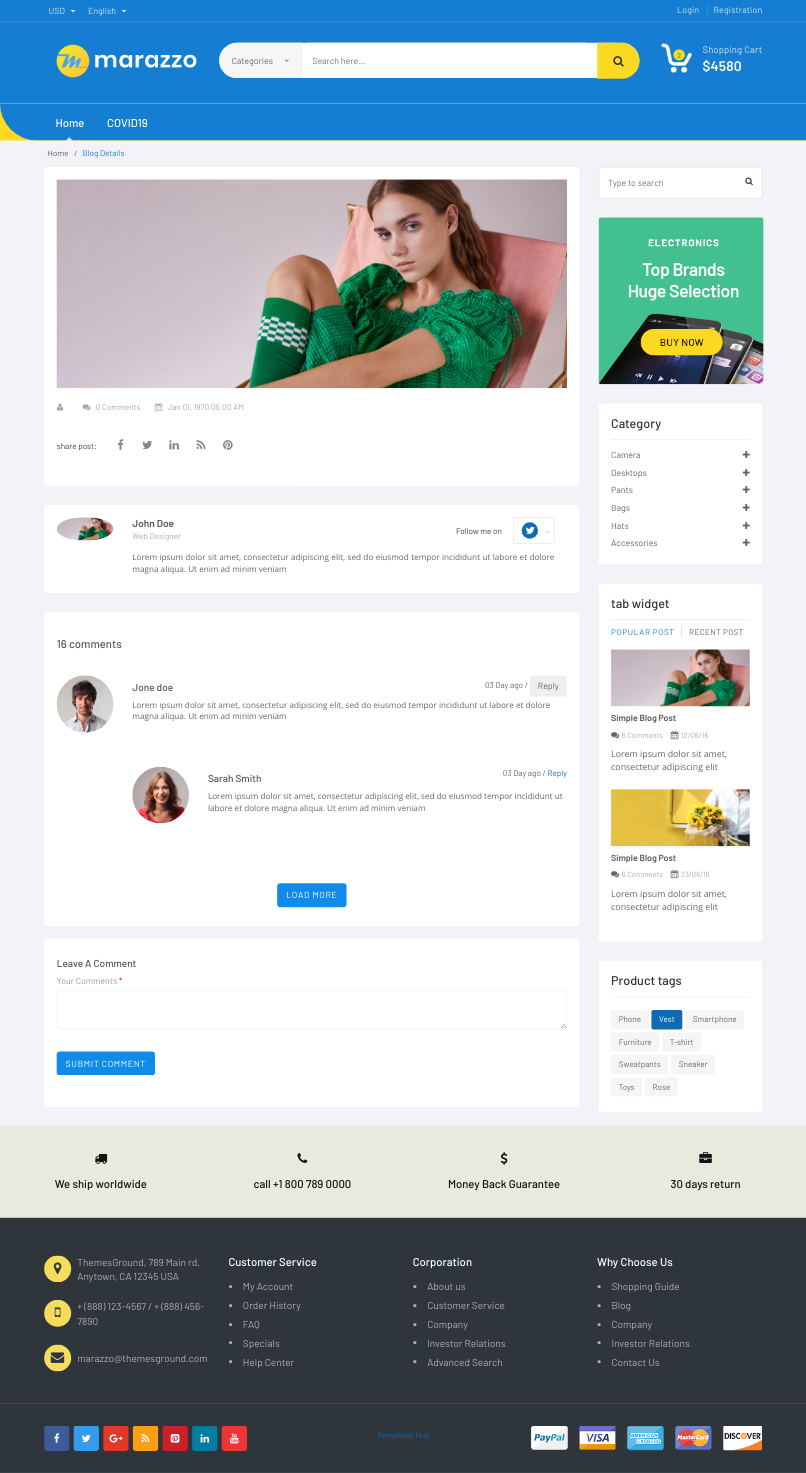
Repository: ztarikul/Laravel_e_commerce
Page: resources/views/posts/blog_details.blade.php
These files come from the project's save history. The page is drawn as it stood at one moment and after the next save; the edit follows.
The browser window is 1280 px wide. The pictures show the whole page, at 63% of full size.
The page is served by the project's Laravel application, run on PHP 8.4 with Laravel 8. The template is opened directly, without the code that normally fills it, so the values that code supplies are empty.

Above is the page before, as saved 2021-07-30 02:26:17.

After the next save:
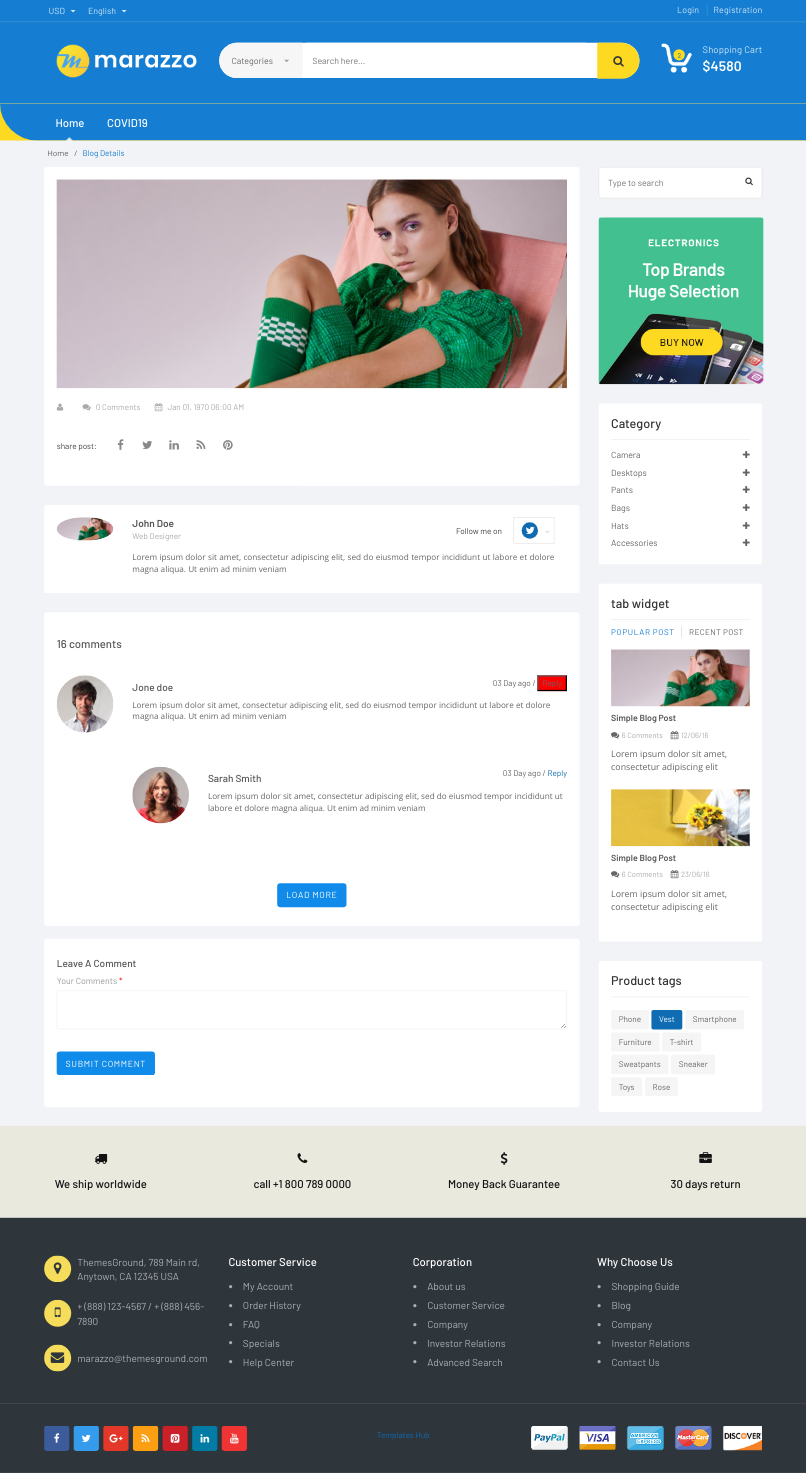
Saved 119 s later.
--- a/e_com/resources/views/posts/blog_details.blade.php
+++ b/e_com/resources/views/posts/blog_details.blade.php
@@ -73,7 +73,7 @@
 				<span class="review-action pull-right">
 					03 Day ago &sol;
 
-					<button type="button" class="btn btn-outline-info" id= "abcd"  onClick="MyFunction();"> Reply</button>
+					<button type="button" style="background-color:red" id= "abcd"  onClick="MyFunction();"> Reply</button>
 				</span>
 				<p>Lorem ipsum dolor sit amet, consectetur adipiscing elit, sed do eiusmod tempor incididunt ut labore et dolore magna aliqua. Ut enim ad minim veniam</p>
 			</div>
